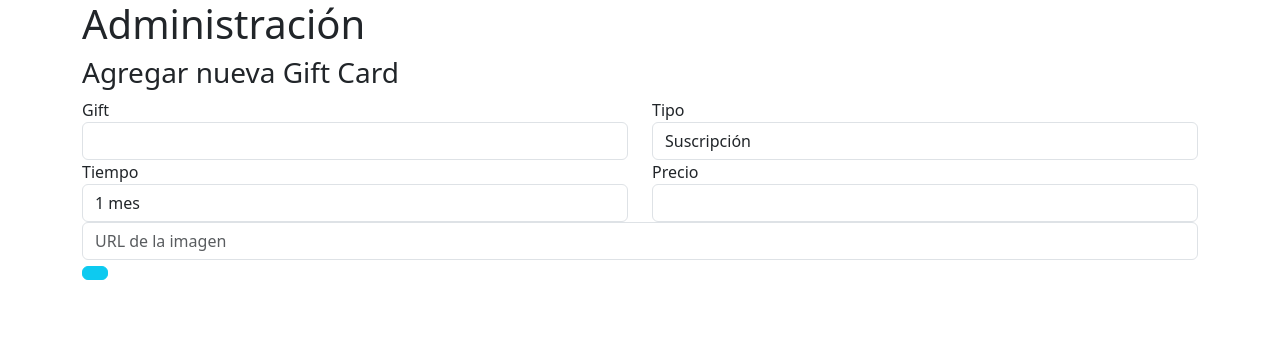
Repository: pedro-donoso/vanilla-js
Page: index.html
An editor plug-in stored every save of this project. The page is shown before and after the next save, followed by the edit.
The browser window is 1280 px wide. The pictures show the whole page.

Above is the page before, as saved 2024-01-31 13:39:56.
Console error: SyntaxError: Unexpected identifier 'assert'

### index.html
<!doctype html>
<html lang="es">

<head>
    <meta charset="utf-8">
    <meta name="viewport" content="width=device-width, initial-scale=1">
    <title>CRUD JavaScript</title>
    <link href="https://cdn.jsdelivr.net/npm/bootstrap@5.3.2/dist/css/bootstrap.min.css" rel="stylesheet"
        integrity="sha384-T3c6CoIi6uLrA9TneNEoa7RxnatzjcDSCmG1MXxSR1GAsXEV/Dwwykc2MPK8M2HN" crossorigin="anonymous">
</head>

<body>

    <div class="container">
        <div class="row">
            <div class="col">
                <h1>Administración</h1>
            </div>
        </div>
        <div class="row">
            <div class="col">
                <h3>Agregar nueva Gift Card</h3>
                <form>
                    <div class="row">
                        <div class="col">
                            <label>Gift</label>
                            <input type="text" class="form-control" id="gift" required>
                        </div>
                        <div class="col">
                            <label>Tipo</label>
                            <select id="tipo" class="form-control">
                                <option value="suscripcion">Suscripción</option>
                                <option value="compra">Compra</option>
                            </select>
                        </div>
                    </div>
                    <div class="row">
                        <div class="col">
                            <label>Tiempo</label>
                            <select id="tiempo" class="form-control">
                                <option value="1 mes">1 mes</option>
                                <option value="3 meses">3 meses</option>
                                <option value="6 meses">1 meses</option>
                            </select>
                        </div>
                        <div class="col">
                            <label>Precio</label>
                            <input type="number" class="form-control" id="precio" required>
                        </div>
                    </div>
                    <div class="row">
                        <div class="col">
                            <input type="text" class="form-control" required placeholder="URL de la imagen" id="imagen">
                        </div>
                    </div>
                    <div>
                        <button class="btn btn-info"></button>
                    </div>
                </form>
            </div>
        </div>
    </div>


    <script src="https://cdn.jsdelivr.net/npm/bootstrap@5.3.2/dist/js/bootstrap.bundle.min.js"
        integrity="sha384-C6RzsynM9kWDrMNeT87bh95OGNyZPhcTNXj1NW7RuBCsyN/o0jlpcV8Qyq46cDfL"
        crossorigin="anonymous"></script>

        <script src="./js/app.js" type="module"></script>

</body>

</html>

### js/app.js
import datos from '../data/data.json' assert{type:"json"};
import {Gift} from './clases'

After the next save:
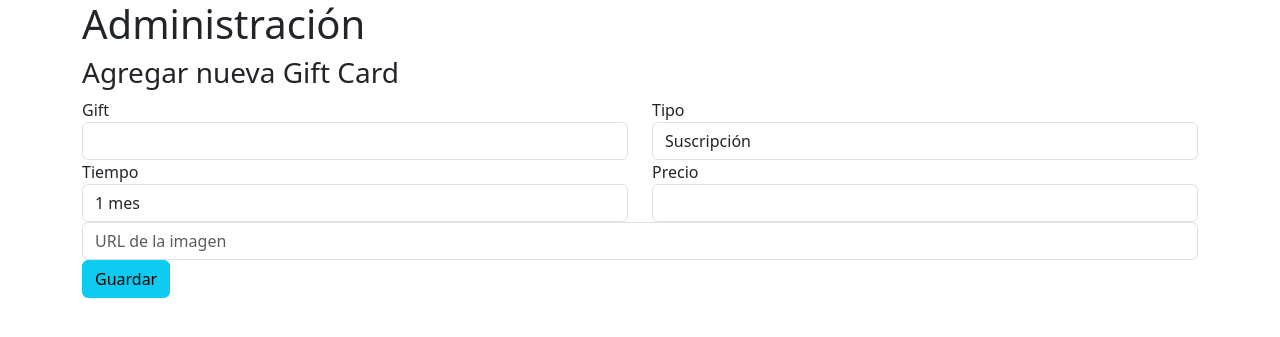
Saved 14 s later.
--- a/index.html
+++ b/index.html
@@ -54,7 +54,7 @@
                         </div>
                     </div>
                     <div>
-                        <button class="btn btn-info"></button>
+                        <button class="btn btn-info">Guardar</button>
                     </div>
                 </form>
             </div>
